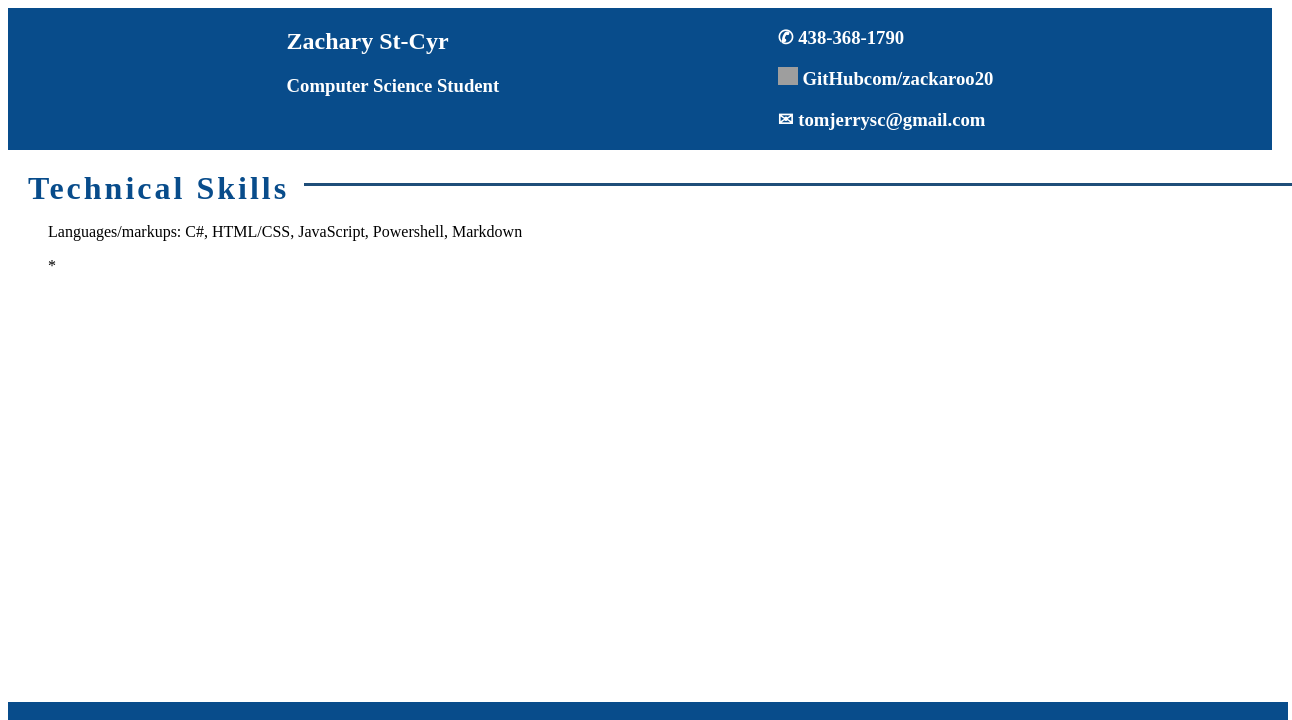
Repository: zackaroo20/Resume-CV
Page: CV.html
The author's editor kept a copy of each file at every save. The page is drawn from the files as they stood at one save, then again after the next save.
The browser window is 1280 px wide. The page is 1292 px wide, so the pictures cover 1292 px, including what lies to the right of the window. The pictures show the whole page.
Pictures or frames that could not be fetched are drawn as grey boxes.

Above is the page before, as saved 2026-03-02 16:23:08.

After the next save:
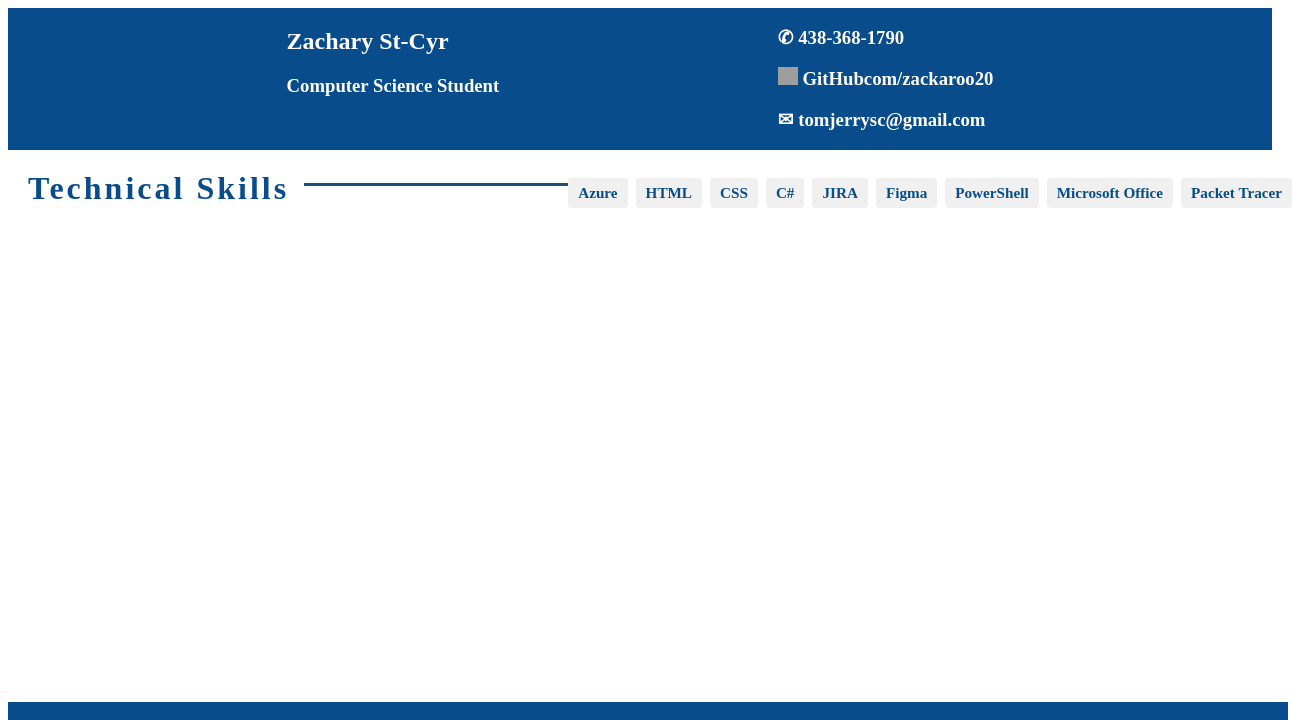
Saved 7 s later.
--- a/CV.html
+++ b/CV.html
@@ -25,12 +25,17 @@
     <div class="subdiv">
         <h1 class = "dash">Technical Skills</h1>
         <hr class="divider">
-    </div>
-    <div class="subdiv2">
-        <ul>Languages/markups: C#, HTML/CSS, JavaScript, Powershell, Markdown</ul>
-        <ul>*</ul>
-
-
+        <ul class="skills">
+            <li>Azure</li>
+            <li>HTML</li>
+            <li>CSS</li>
+            <li>C#</li>
+            <li>JIRA</li>
+            <li>Figma</li>
+            <li>PowerShell</li>
+            <li>Microsoft Office</li>
+            <li>Packet Tracer</li>
+        </ul>
     </div>
 
 
